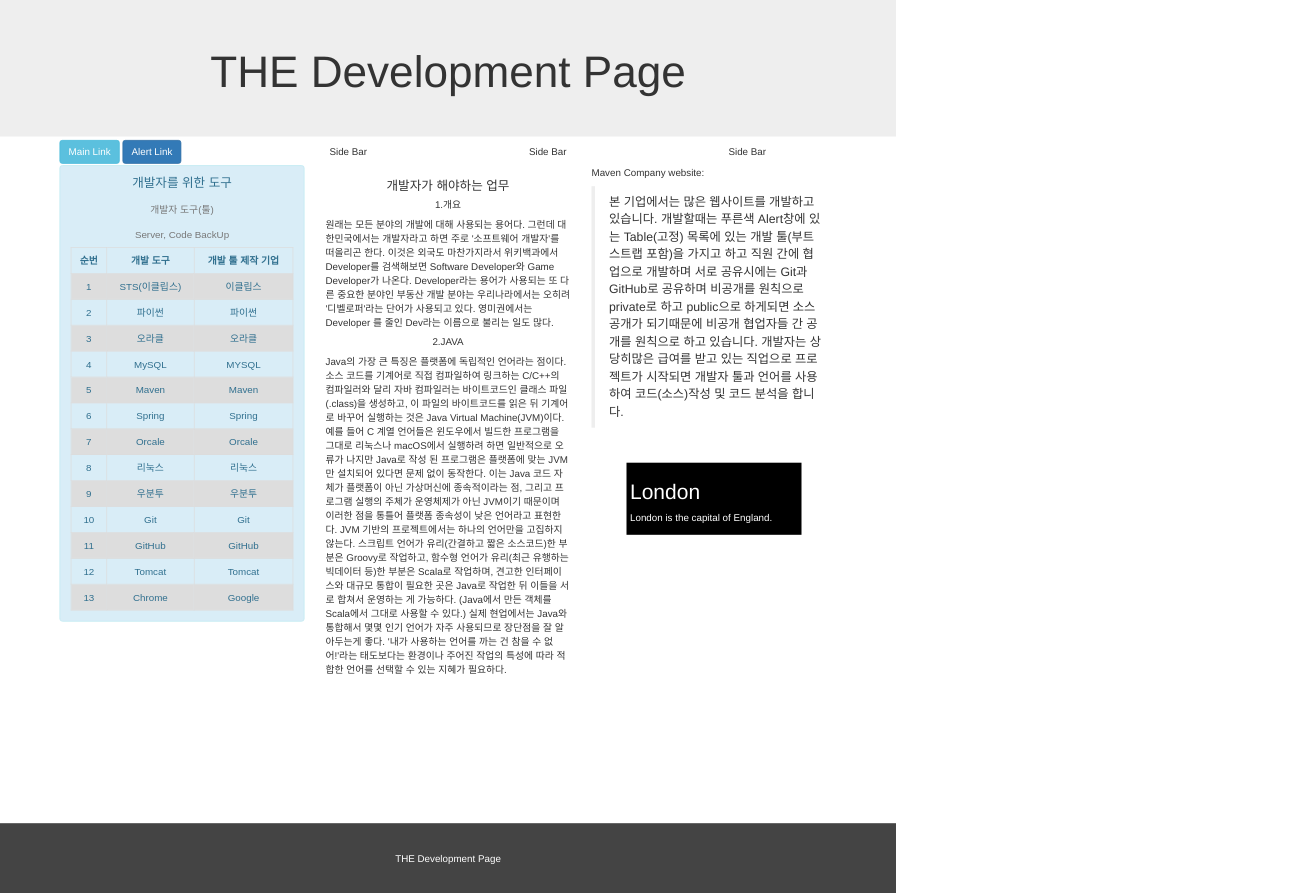
Repository: as2019a/spring
Page: http://localhost/ch19_project_mavenwebsite/WEB-INF/views/development.jsp
These files come from the project's save history. The page is drawn as it stood at one moment and after the next save; the edit follows.
The browser window is 1280 px wide. The page is 1280 px wide, then 1846 px, so the pictures cover 1846 px, including what lies to the right of the window. The pictures show the part of the page from y = 0 to 1320 px (the page is 1276 px tall before and 2125 px after), at 70% of full size.
Some web libraries are served in a nearby version. The page is served by Tomcat 9. Nobody is signed in. The template is opened directly, without the code that normally fills it, so the values that code supplies are empty.

Above is the page before, as saved 2019-01-30 08:33:12.

After the next save:
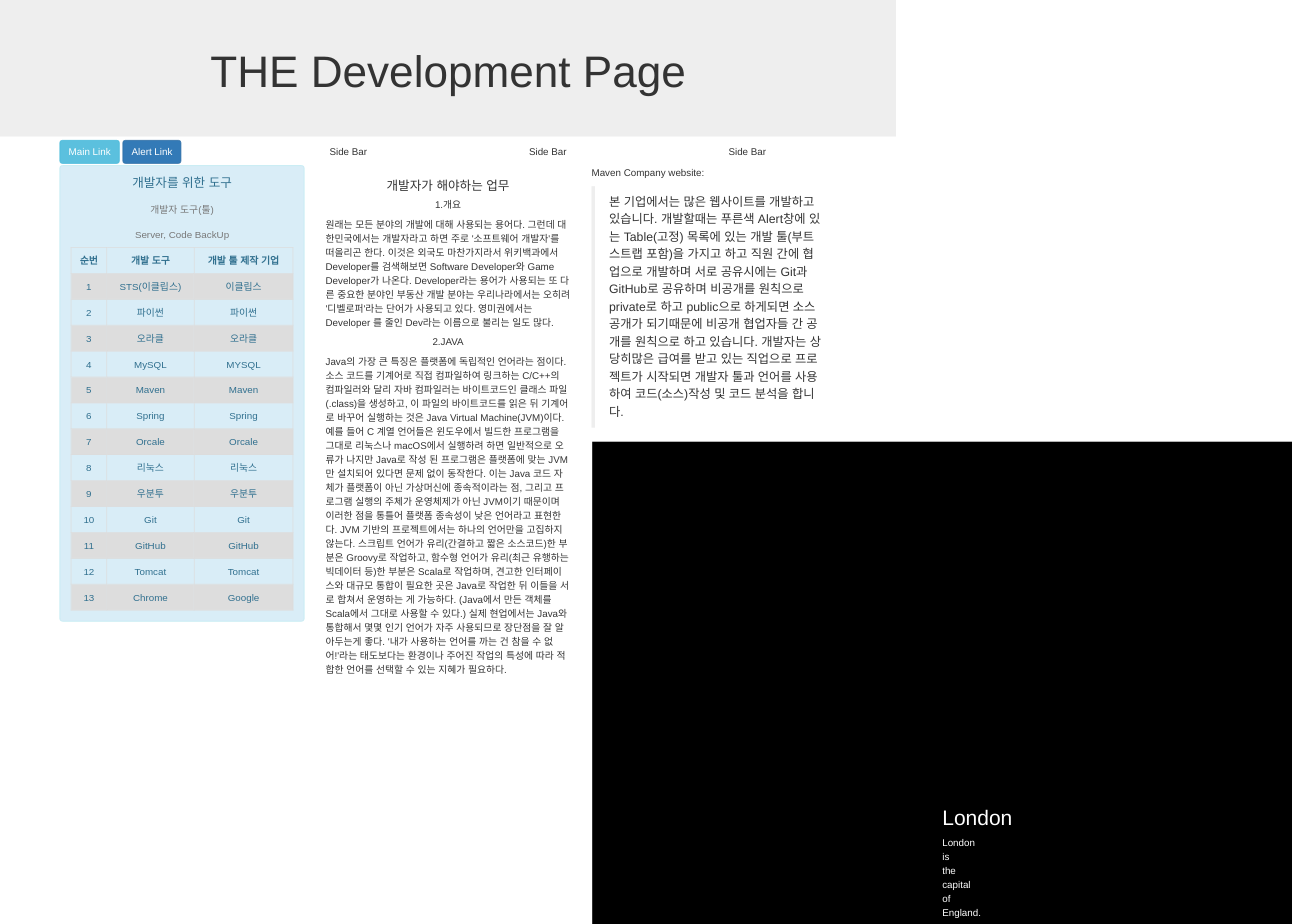
Saved 9 s later.
--- a/ch19_project_mavenwebsite/src/main/webapp/WEB-INF/views/development.jsp
+++ b/ch19_project_mavenwebsite/src/main/webapp/WEB-INF/views/development.jsp
@@ -51,8 +51,8 @@
 	.cmd {
 	  background-color: black;
 	  color: white;
-	  margin: 50px;
-	  padding: 5px;
+	  margin: 1px;
+	  padding: 500px;
 	}
 
 	.footer{
